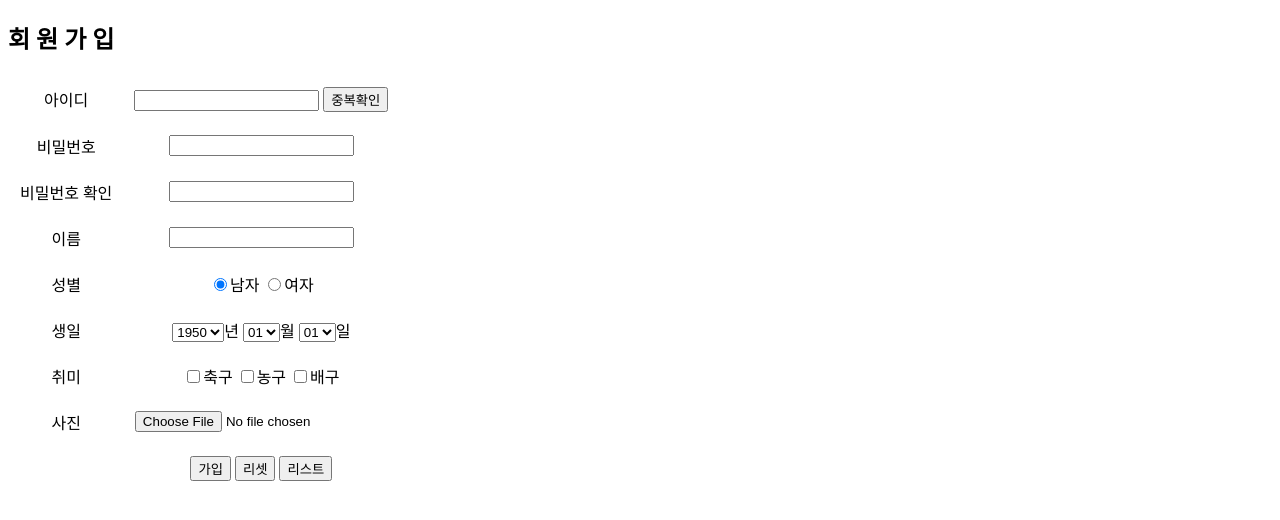
Repository: 1plus1equals3-true/Board-Project
Page: http://localhost/jsp/test/testJoin.jsp
These files come from the project's save history. The page is drawn as it stood at one moment and after the next save; the edit follows.
The browser window is 1280 px wide. The pictures show the whole page.
The page is served by Tomcat 9.

Above is the page before, as saved 2025-09-16 00:32:32.

After the next save:
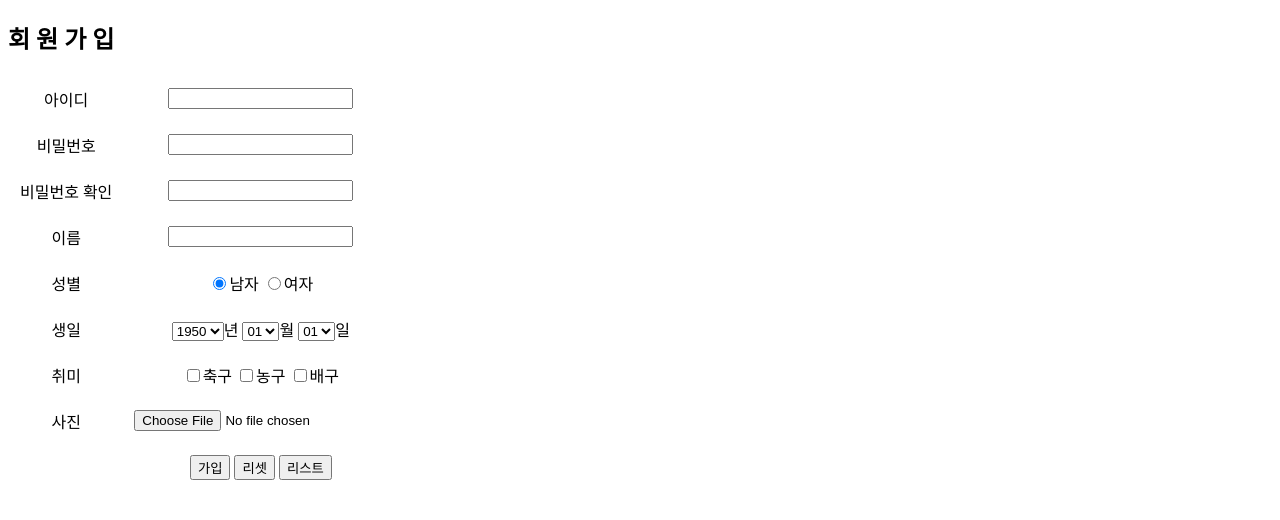
Saved 50 min 18 s later.
--- a/jsp/src/main/webapp/test/testJoin.jsp
+++ b/jsp/src/main/webapp/test/testJoin.jsp
@@ -33,8 +33,7 @@ text-align: center;
 		<tr>
 			<td>아이디</td>
 			<td>
-				<input type="text" name="uid" id="uid">
-				<button type="button" onclick="id_check()">중복확인</button>
+				<input type="text" name="uid" id="uid" onkeyup="id_check()">
 				<span id="id_msg"></span>
 			</td>
 		</tr>
